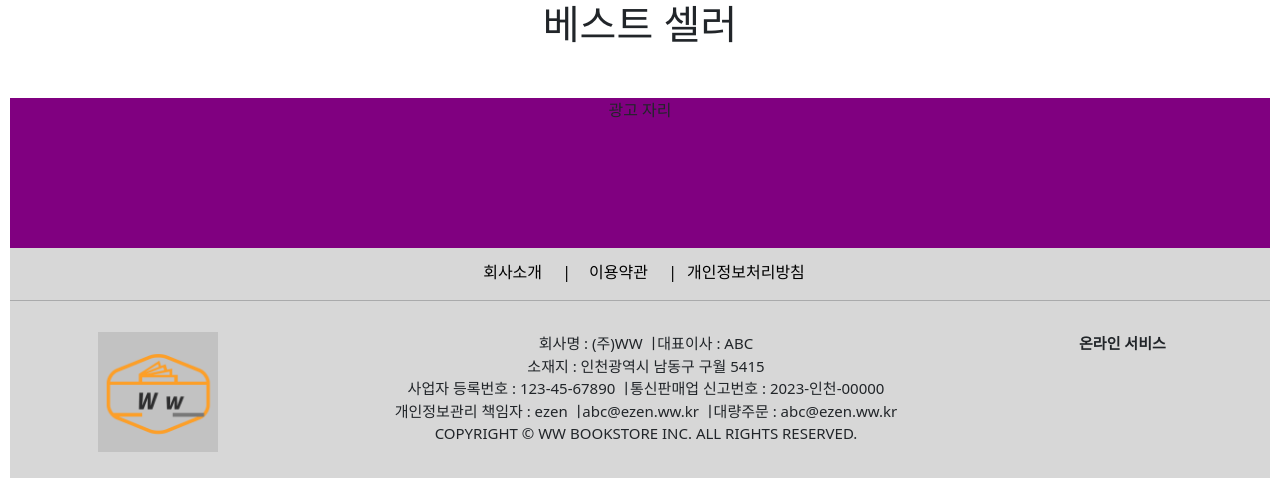
Repository: bongbongi/book1
Page: http://localhost/book/WEB-INF/views/home.jsp
An editor plug-in stored every save of this project. The page is shown before and after the next save, followed by the edit.
The browser window is 1280 px wide. The pictures show the part of the page from y = 1112 to 1640 px (the page is 1590 px tall before and 1640 px after).
Some web libraries are served in a nearby version. The page is served by Tomcat 9. Nobody is signed in. Other server files are loaded and not shown. The template is opened directly, without the code that normally fills it, so the values that code supplies are empty.

Above is the page before, as saved 2023-01-09 02:26:30.

### book/src/main/webapp/WEB-INF/views/home.jsp
<%@ page language="java" contentType="text/html; charset=UTF-8"
	pageEncoding="UTF-8"%>
<%@ taglib uri="http://java.sun.com/jsp/jstl/core" prefix="c"%>
<%@ page import="java.net.URLEncoder"%>
<%@ page import="java.net.URL"%>
<%@ page import="java.net.HttpURLConnection"%>
<%@ page import="java.io.BufferedReader"%>
<%@ page import="java.io.InputStreamReader"%>

<html>
<!-- CSS only -->
<link
	href="https://cdn.jsdelivr.net/npm/bootstrap@5.2.2/dist/css/bootstrap.min.css"
	rel="stylesheet"
	integrity="sha384-Zenh87qX5JnK2Jl0vWa8Ck2rdkQ2Bzep5IDxbcnCeuOxjzrPF/et3URy9Bv1WTRi"
	crossorigin="anonymous">
<!-- JavaScript Bundle with Popper -->
<script
	src="https://cdn.jsdelivr.net/npm/bootstrap@5.2.2/dist/js/bootstrap.bundle.min.js"
	integrity="sha384-OERcA2EqjJCMA+/3y+gxIOqMEjwtxJY7qPCqsdltbNJuaOe923+mo//f6V8Qbsw3"
	crossorigin="anonymous"></script>
<script src="https://kit.fontawesome.com/92e616dfba.js" crossorigin="anonymous"></script>
<meta charset="UTF-8">
<head>
<title>Home</title>
<style>
* {
	text-align: center;
}

.home_main {
	margin:0 auto;
	width: 1260px;
}

body {


}

.slide {
	background-color: peru;
	margin: 0 auto;
	width: 1260px;
	height: 500px;
}

.todayBookImg {
	width: 300px;
	height: 300px;
	background-color: aqua;
}

.todayBookImg>img {
	width: 300px;
	height: 300px;
}

.todayBook {

}

.todayBookIntroduce {
	margin: 0 auto;
	display: flex;
}

.Best_item {
	width: 230px;
	height: 310px;
	background-color: antiquewhite;
	display: inline-block;
	vertical-align: top;
	margin-right: 10px;
	margin-bottom: 50px;
}

.img_box {
	width: 220px;
	height: 200px;
	background-color: lightgray;
	margin: 5px;
}
.book_img{
	width: 180px;
	height: 200px;
}
.main_book_header{
	font-size:16px;
}
.main_book_writer{
	font-size:10px;
}

.BestSellerList {
	list-style: none;

	/* display: -moz-inline-box; */
}

.BestSellerList:nth-last-child(-n+5) {
	margin-top: 50px;
}

.bestSeller {
	/* display: flex; */

}

.d-block {
	height: 500px;
}
.rank{
	height: 30px;
 	text-align: left;

 	display: flex;


}
.fa-1{
 font-size:15px;
 	margin-left:8px;
}
.ad{
	background-color: purple;
	height: 150px;
}
</style>
</head>
<body>
	<jsp:include page="./layout/header.jsp"></jsp:include>


	<div class="home_main">
		<nav class="navbar navbar-expand-lg bg-light">
			<div class="container-fluid">
				<!-- <a class="navbar-brand" href="#">Navbar</a> -->
				<button class="navbar-toggler" type="button"
					data-bs-toggle="collapse" data-bs-target="#navbarSupportedContent"
					aria-controls="navbarSupportedContent" aria-expanded="false"
					aria-label="Toggle navigation">
					<span class="navbar-toggler-icon"></span>
				</button>
				<div class="collapse navbar-collapse" id="navbarSupportedContent">
					<ul class="navbar-nav me-auto mb-2 mb-lg-0">
						<!-- <li class="nav-item">
                <a class="nav-link active" aria-current="page" href="#">이벤트</a>
              </li> -->
						<li class="nav-item dropdown"><a
							class="nav-link dropdown-toggle" href="#" role="button"
							data-bs-toggle="dropdown" aria-expanded="false"> 카테고리 </a>
							<ul class="dropdown-menu">
								<li><a class="dropdown-item" href="#">소설</a></li>
								<li><a class="dropdown-item" href="#">에세이</a></li>
								<li><hr class="dropdown-divider"></li>
								<li><a class="dropdown-item" href="#">문제집</a></li>
							</ul></li>
						<li class="nav-item"><a class="nav-link" href="#">베스트</a></li>
						<li class="nav-item"><a class="nav-link" href="#">이벤트</a></li>
					</ul>
				</div>
			</div>
		</nav>
		<div class="slide">
			<div id="carouselExampleCaptions" class="carousel slide"
				data-bs-ride="false">
				<div class="carousel-indicators">
					<button type="button" data-bs-target="#carouselExampleCaptions"
						data-bs-slide-to="0" class="active" aria-current="true"
						aria-label="Slide 1"></button>
					<button type="button" data-bs-target="#carouselExampleCaptions"
						data-bs-slide-to="1" aria-label="Slide 2"></button>
					<button type="button" data-bs-target="#carouselExampleCaptions"
						data-bs-slide-to="2" aria-label="Slide 3"></button>
				</div>
				<div class="carousel-inner">
					<div class="carousel-item active">
						<img
							src="https://cdn.pixabay.com/photo/2020/04/28/18/33/key-5105878_1280.jpg"
							class="d-block w-100" alt="...">
						<div class="carousel-caption d-none d-md-block">
							<h5>First slide label</h5>
							<p>Some representative placeholder content for the first
								slide.</p>
						</div>
					</div>
					<div class="carousel-item">
						<img
							src="https://cdn.pixabay.com/photo/2016/09/08/22/43/books-1655783_1280.jpg"
							class="d-block w-100" alt="...">
						<div class="carousel-caption d-none d-md-block">
							<h5>Second slide label</h5>
							<p>Some representative placeholder content for the second
								slide.</p>
						</div>
					</div>
					<div class="carousel-item">
						<img
							src="https://cdn.pixabay.com/photo/2015/11/19/21/11/atlas-1052011_1280.jpg"
							class="d-block w-100" alt="...">
						<div class="carousel-caption d-none d-md-block">
							<h5>Third slide label</h5>
							<p>Some representative placeholder content for the third
								slide.</p>
						</div>
					</div>
				</div>
				<button class="carousel-control-prev" type="button"
					data-bs-target="#carouselExampleCaptions" data-bs-slide="prev">
					<span class="carousel-control-prev-icon" aria-hidden="true"></span>
					<span class="visually-hidden">Previous</span>
				</button>
				<button class="carousel-control-next" type="button"
					data-bs-target="#carouselExampleCaptions" data-bs-slide="next">
					<span class="carousel-control-next-icon" aria-hidden="true"></span>
					<span class="visually-hidden">Next</span>
				</button>
			</div>
		</div>
		<div class="todayBook">
			<h1>오늘의 책</h1>
			<div class="todayBookIntroduce">
				<div class="todayBookImg">
					<img
						src="https://contents.kyobobook.co.kr/sih/fit-in/458x0/pdt/9791167740847.jpg">
				</div>
				<div>제목 지은이,출판사 가격 책 간단 줄거리</div>
			</div>
		</div>
		<h1>베스트 셀러</h1>
		<div class="BestSeller">
			<ul class="BestSellerList">
			<c:forEach items="${book_list}" var="list" begin="1" end="10">
				<li class="Best_item">
					<div class="rank">
						<i class="fa-solid fa-1"></i>
					</div>
					<div class="img_box">
						<a href="#">
							<img class="book_img" src="${list.book_image}">
						</a>
					</div>
					<div class="info_box">
						<span class="main_book_header">${list.book_title}</span>
						<Br>
						<span class="main_book_writer">${list.book_writer} : ${list.book_publisher}</span>
					</div>
				</li>
			</c:forEach>


			</ul>


		</div>
		<!-- 광고 -->
		<div class="ad">
			광고 자리
		</div>
	</div>
	<jsp:include page="./layout/footer.jsp"></jsp:include>
</body>
</html>

### book/src/main/webapp/WEB-INF/views/layout/header.jsp
<%@ page language="java" contentType="text/html; charset=UTF-8" pageEncoding="UTF-8"%>
<%@ taglib uri="http://java.sun.com/jsp/jstl/core" prefix="c"%>
<link href="https://cdn.jsdelivr.net/npm/bootstrap@5.2.2/dist/css/bootstrap.min.css" rel="stylesheet" integrity="sha384-Zenh87qX5JnK2Jl0vWa8Ck2rdkQ2Bzep5IDxbcnCeuOxjzrPF/et3URy9Bv1WTRi" crossorigin="anonymous">
<script src="https://kit.fontawesome.com/92e616dfba.js" crossorigin="anonymous"></script>
<meta charset="UTF-8">
<!DOCTYPE html>
<html>
<head>
<style>
.header {
   margin: 0 auto;
   width: 1260px;
   height: 200px;
}

.menu {
   display: flex;
   justify-content: flex-end;
   padding: 5px;
}

.logo {
   width: 150px;
   height: 150px;
   background-color: blue;
}

.logo>a>img {
   width: 150px;
   height: 150px;
}

.searchBar {
   /* position:absolute; */
   width: 484px;
   height: 42px;
   /* background-color: gold; */
   margin-top: 54px;
   border-radius: 30px;
}

.bar {
   height: 150px;
   display: flex;
   flex-direction: row;
   flex-wrap: nowrap;
   justify-content: space-around;
   /*    align-items: baseline; */
}

.icons>a>i {
   font-size: 42px;
   color: black;
   margin-top: 54px;
   margin-right: 20px;
}
</style>
</head>
<body>
   <div class="header">
      <div class="menu">
         <c:if test="${ses.mem_id ==null}">
            <ul>
               <a href="/mem/loginPage">로그인</a>
            </ul>
            <ul>
               <a href="/mem/joinPage">회원가입</a>
            </ul>
         </c:if>
         <c:if test="${ses.mem_auth == '0' }">
            <ul>
               <a href="/mem/logOut">로그아웃</a>
            </ul>
            <ul>
               <a href="/mem/adminPage">관리인페이지</a>
            </ul>
         </c:if>
         <c:if test="${ses.mem_id !=null && ses.mem_auth !='0' }">
            <ul>
               <a href="/mem/logOut">로그아웃</a>
            </ul>
            <ul>
               <a href="/mem/mypage">마이페이지</a>
            </ul>
         </c:if>
         <%-- <ul>
            <a href="/cart/cartdetail?mem_num=${ses.mem_num}">장바구니</a>
         </ul> --%>
         <c:if test="${ses.mem_id !=null}">
         <ul>
            <a href="/cart/cartdetail?mem_num=${ses.mem_num}">장바구니</a>
         </ul>
         </c:if>
         <c:if test="${ses.mem_id == null}">
               <a href="/mem/loginPage" onclick="gologin(event)">&nbsp&nbsp&nbsp장바구니</a>
         </c:if>
      </div>
      <div class="bar">
         <div class="logo">
            <a href="/"><img src="/resources/img/logo.jpg" alt="로고"></a>
         </div>
         <div class="searchBar">
            <form action="/book/search" class="d-flex" role="search" method="get">
               <div class="input-group mb-3">
                  <!-- 값을 별도 저장 -->
                  <c:set value="${pgh.pgvo.type}" var="typed" />
                  <select class="form-select" name="type">
                     <option value="t" ${typed eq 't' ? 'selected' :'' }>책제목</option>
                     <option value="c" ${typed eq 'c' ? 'selected' :'' }>작가이름</option>
                     <option value="w" ${typed eq 'w' ? 'selected' :'' }>출판사</option>
                  </select> <input class="form-control me-2" type="text" name="keyword" placeholder="포함해서찾기"> <input type="hidden" name="pageNo" value="1"> <input type="hidden" name="qty" value="10">
                  <button class="btn btn-outline-success" type="submit">Search</button>
                  <span class="position-absolute top-0 start-100 translate-middle badge rounded-pill bg-danger"> ${pgh.totalCount}개 <span class="visually-hidden">unread messages</span>
                  </span>
               </div>
            </form>
         </div>
         <div class="icons">
            <!-- 로그인 되었을때 -->
            <c:if test="${ses.mem_id !=null}">
            <a href="/cart/cartdetail?mem_num=${ses.mem_num}">
               <i class="fa-solid fa-cart-shopping"></i>
            </a>
            </c:if>
            <!-- 로그인 안되었을때 -->
            <c:if test="${ses.mem_id == null}">
            <a href="/mem/loginPage" onclick="gologin(event)">
               <i class="fa-solid fa-cart-shopping"></i>
            </a>
            </c:if>

            <c:if test="${ses.mem_auth == '0' }">
               <a href="/mem/adminPage">
                  <i class="fa-solid fa-user"></i>
               </a>
            </c:if>
            <c:if test="${ses.mem_auth != '0' }">
               <a href="/mem/mypage">
                  <i class="fa-solid fa-user"></i>
               </a>
            </c:if>

         </div>
      </div>
   </div>

   <script type="text/javascript">
      function gologin(event) {
         alert("로그인이 필요합니다!");
      }
      </script>
</body>
</html>

### book/src/main/webapp/WEB-INF/views/layout/footer.jsp
<%@ page language="java" contentType="text/html; charset=UTF-8"
   pageEncoding="UTF-8"%>
   <%@ taglib uri="http://java.sun.com/jsp/jstl/core" prefix="c"%>
<!DOCTYPE html>
<html>
<head>
<meta charset="UTF-8">
<title>Insert title here</title>
<style>
.footer {
   width: 1260px;
   height: 230px;
   background-color: rgba(175, 175, 175, 0.5);
   margin: 0 auto;
}

.footer-logo {

   width: 120px;
   height: 120px;
   background-color: beige;
}
.footer-logo>img{
   width: 120px;
   height: 120px;
}

.address-box {
   text-align: left;
   padding: 0;
   margin: 0;
}

.address {
   padding: 15px;
   height: 150px;
   display: flex;
   font-size: 15px;
   /* align-items: baseline; */
   flex-direction: row;
   flex-wrap: nowrap;
   justify-content: space-around;
}

ul {
   list-style: none;
}

.footer, .address li {

}

.footer-top {
   text-align: center;
   padding-top: 12px;
}

.footer-top>ul {
   margin: 0;
   padding: 0;
   display: flex;
   justify-content: center;
}

.footer-top>li {
   margin: 0;
   padding: 0;
}

a {
   text-decoration-line: none;
   color: black;
}

a:visited {
   text-decoration: none;
}

a:hover {
   text-decoration: none;
}

a:focus {
   text-decoration: none;
}

a:hover, a:active {
   text-decoration: none;
}

.online-serviceBar {
   padding: 0px;
   margin-left: 20px;
   width: 120px;
   height: 120px;
}

.online-serviceBar>ul {
   margin: 0px;
   padding: 0px;
}

</style>

</head>

<body>
   <div class="footer">
      <div class="footer-top">
         <ul>
            <li><a href="/introduce">회사소개 　|　 </a></li>
            <li><a href="/tos">이용약관 　| 　</a></li>
            <li><a href="/pp">개인정보처리방침</a></li>
         </ul>
      </div>
      <hr>
      <div class="address">
         <div class="footer-logo">
            <img src="../resources/img/logo2.png" alt="로고">
         </div>
         <div class="address-box">
            <ul>
               <li>회사명 : (주)WW <span style="margin-right: -7px;">ㅣ</span>
                  대표이사 : ABC
               </li>

               <li>소재지 : 인천광역시 남동구 구월 5415</li>
               <li>사업자 등록번호 : 123-45-67890 <span style="margin-right: -7px;">ㅣ</span>
                  통신판매업 신고번호 : 2023-인천-00000
               </li>

               <li>개인정보관리 책임자 : ezen <span style="margin-right: -7px;">ㅣ</span>
                  abc@ezen.ww.kr <span style="margin-right: -7px;">ㅣ</span> 대량주문 :
                  abc@ezen.ww.kr
               </li>

               <li>COPYRIGHT © WW BOOKSTORE INC. ALL RIGHTS RESERVED.</li>

            </ul>

         </div>
         <div class="online-serviceBar">
            <strong>온라인 서비스</strong>
            <c:if test="${ses.mem_auth eq 1}">
            <ul>
               <li><a href="/mem/mypage">마이페이지</a></li>
               <li><a href="/ntc/noticeOnly">공지사항</a></li>
               <li><a href="/board/list">1대1문의</a></li>
               <li><a href="/faq/faqListOnly">FAQ</a></li>
            </ul>
            </c:if>
            <c:if test="${ses.mem_auth eq 0}">
            <ul>
               <li><a href="/" onclick="gologin(event)">마이페이지</a></li>
               <li><a href="/ntc/noticeOnly">공지사항</a></li>
               <li><a href="/" onclick="gologin(event)">1대1문의</a></li>
               <li><a href="/faq/faqListOnly">FAQ</a></li>
            </ul>

            </c:if>
         </div>
      </div>
   </div>

   <script type="text/javascript">

   function gologin(event) {
      alert("일반회원 영역입니다")
   }



   </script>

</body>
</html>

After the next save:
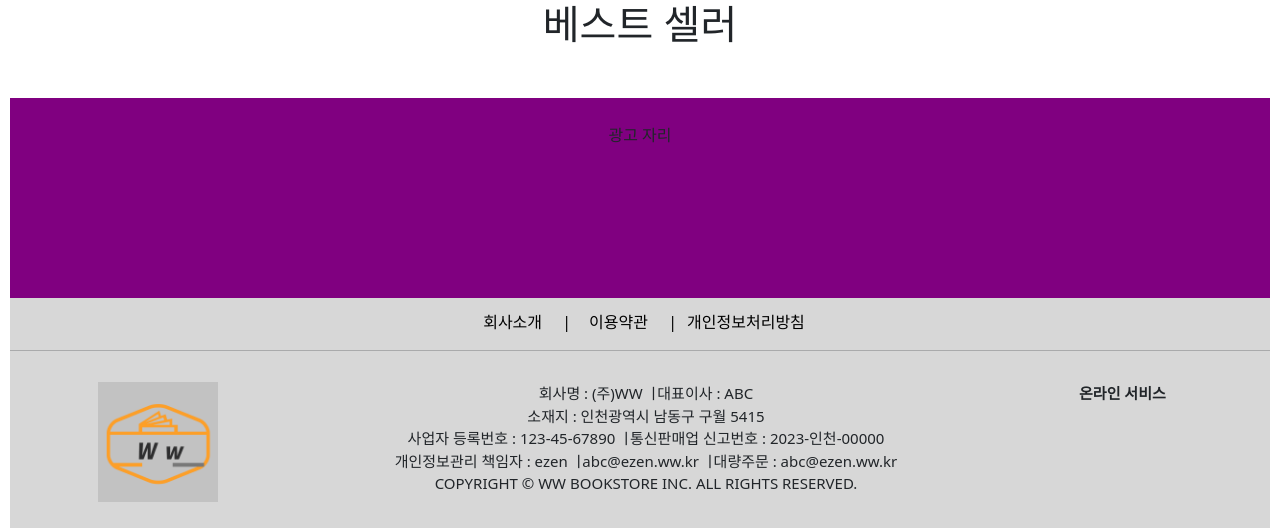
Saved 40 s later.
--- a/book/src/main/webapp/WEB-INF/views/home.jsp
+++ b/book/src/main/webapp/WEB-INF/views/home.jsp
@@ -124,7 +124,8 @@ body {
 }
 .ad{
 	background-color: purple;
-	height: 150px;
+	height: 200px;
+	padding: 25px;
 }
 </style>
 </head>
